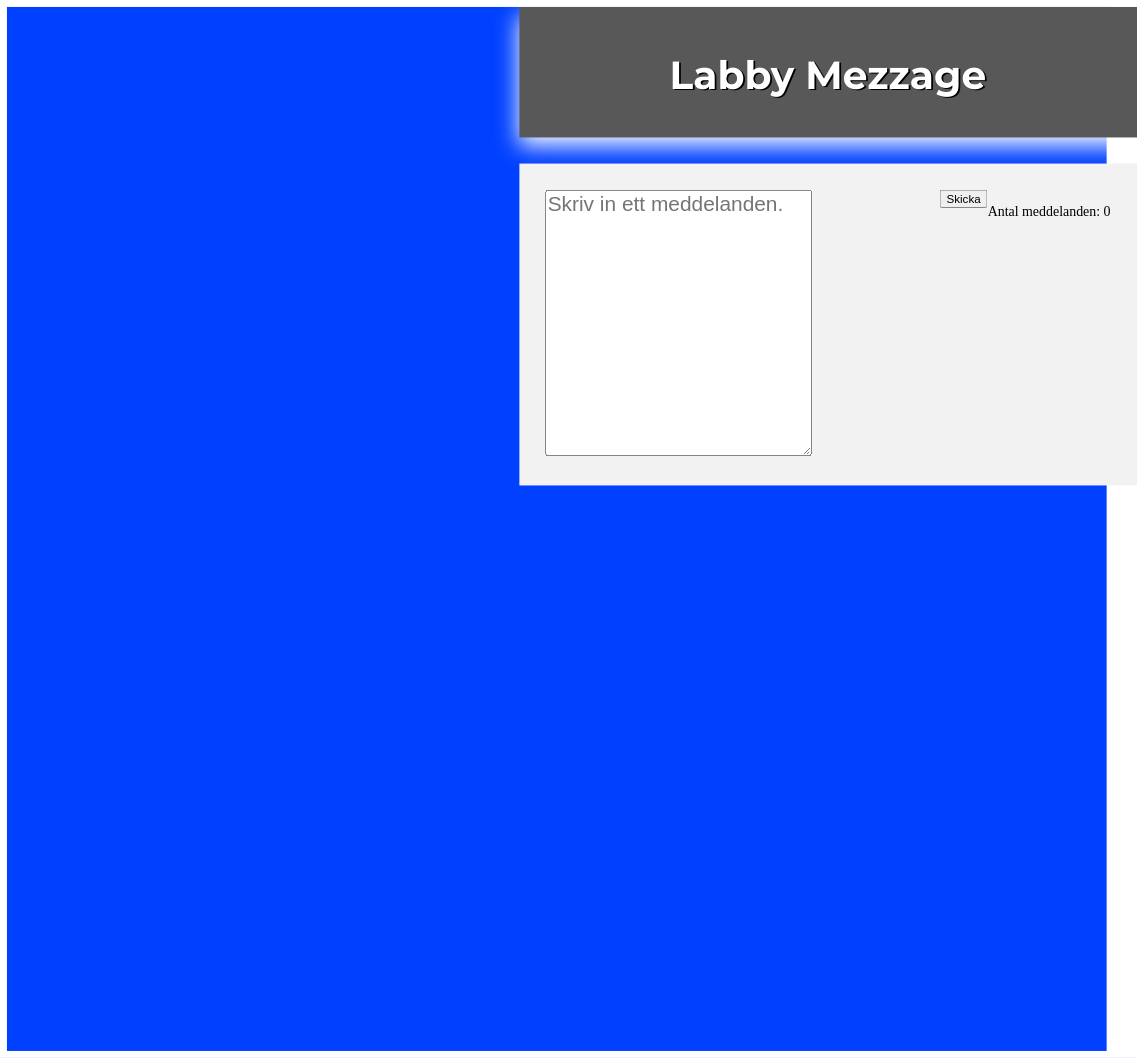
Repository: lw222gz/1dv403-laborationer-lw222gz
Page: 2-labbymezzage/index.html
The author's editor kept a record of every edit. The page is drawn from the files as they stood at one moment, then again after the next edit.
The browser window is 1280 px wide. The page is 1307 px wide, so the pictures cover 1307 px, including what lies to the right of the window. The pictures show the whole page, at 87% of full size.

Above is the page before.

### 2-labbymezzage/index.html
<!doctype html>
<html lang="sv">
    <head>
        <title>Labby Mezzage</title>
        <meta charset="utf-8" />
        <link rel="stylesheet" href="style.css" />
        <link href='//fonts.googleapis.com/css?family=Montserrat:700' rel='stylesheet' type='text/css'>
    </head>
<body>
<div id="container">
        <header>
            <b>Labby Mezzage</b>
        </header>

        <main>
            <div id="text"></div>
            <p id="AmountofMessages" class="floatRight">Antal meddelanden: 0</p>
            <textarea id="textInput" placeholder="Skriv in ett meddelanden."></textarea>
            <input class="floatRight" id="send" type="submit" value="Skicka" />

        </main>

</div>
    <script src="message.js"></script>
    <script src="LabbyMessage.js"></script>
</body>
</html>

### 2-labbymezzage/style.css
#container
    {
    min-height:1200px;
    height:auto;
    width:auto;
    background-color:#0040FF;
    margin:0 auto;
    }

header
    {
        box-shadow:0 10px 25px;
        -webkit-box-shadow:0 10px 25px;
        -moz-box-shadow:0 10px 25px;
        color:white;
        text-shadow:2px 2px black;
        -webkit-text-shadow:2px 2px black;
        -moz-text-shadow:2px 2px black;
        font-family: 'Montserrat', sans-serif;
        font-size:45px;
        padding-top:50px;
        height:100px;
        position:relative;
        left:588.5px;
        background-color:#585858;
        width:710px;
        text-align:center;
    }

main
    {
        padding:30px;
        position:relative;
        left:588.5px;
        margin-top:30px;
        background-color:#F2F2F2;
        height:auto;
        width:650px;
    }

textarea {
    width:300px;
    height:300px;

    font-size:24px;
    font-family:arial;
}

.MessageTime{
    margin-right:3px;
    position:absolute;
    bottom:0px;
    right:0px;
    font-size:12px;
    color:gray;
}


.floatRight{
    float:right;
}



.DeletePicture
{
    width:24px;
    height:24px;
    position:absolute;
    top:5px;
    right:0;
}

.ClockPicture
{
    width:24px;
    height:24px;
    position:absolute;
    top:5px;
    right:30px;
}



.text
{
    padding-right:70px;
    padding-left:5px;
    font-family:verdana;
    font-size:26px;
    border:1px solid black;
    background-color:#6EB0FF;
    width:auto;
    height:auto;
    min-height:50px;
    position:relative;
    word-break:break-all;
}

### 2-labbymezzage/message.js
"use strict";

function Message(message, date){

   this.getText = function() {
       return message;
   }
   this.setText = function(_text) {
       message = _text;
   }

   this.getDate = function() {
       return date;
   }

   this.setDate = function(_date) {
       date = _date;
   }

   Message.prototype.toString = function() {
       return this.getText()+" ("+this.getDate()+")";
   }

   Message.prototype.getHTMLText = function() {
       return this.getText().replace(/[\n\r]/g, "<br/>");
   }

   Message.prototype.getDateText = function() {

       var Hour = this.getDate().getHours();
       var Minutes = this.getDate().getMinutes();
       var Seconds = this.getDate().getSeconds();
       if (Minutes < 10)
       {
            Minutes = "0"+Minutes;
       }

       return +Hour+":"+Minutes+":"+Seconds;
   }


}

### 2-labbymezzage/LabbyMessage.js
"use strict";


window.onload = function(){

    var messages = [];



    var j = 0;
    var i = 0;
    var myObj = {};

    var submit = document.querySelector("#send");
    var text = document.getElementById("textInput");
    var div = document.getElementById("text");
    var Enter = document.getElementById("textInput")







    submit.addEventListener("click", function(e){
                                                                            // http://stackoverflow.com/questions/11921210/how-exactly-does-event-preventdefault-affect-the-dom vad e.preventdefault gör.
        if (text.value === "")
        {
            e.preventdefault()
        }
        else
        {
        myObj = new Message(text.value, new Date());
        messages.push(myObj);

        renderMessage(messages.length-1);
        RemoveText();
        }
        });

    Enter.addEventListener("keydown", function(e){ //funkar ej
        if(e.keyCode === 13 && !e.shiftKey && text.value !== "")

        {
            e.preventDefault()
            myObj = new Message(text.value, new Date())
            messages.push(myObj);

            renderMessage(messages.length-1)
            RemoveText();
        }

    }
    )


    var renderMessage = function(index){
        ++j;
        document.getElementById("AmountofMessages").innerHTML = "Antal meddelanden: "+j;

        var text = document.createElement("p");
        text.className = "text";

        var img = document.createElement("img");
        var clockimg = document.createElement("img");




        img.className = "DeletePicture";
        img.src = "DeleteRed.png";

        clockimg.className = "ClockPicture";
        clockimg.src = "Clock.png";

        img.addEventListener("click", function(e){
            if (confirm("Radera detta meddelande?"))
            {
                --j;
                Remove(index);
                text.parentNode.removeChild(text);
                document.getElementById("AmountofMessages").innerHTML = "Antal meddelanden: "+j;
            }
        }
        )

        clockimg.addEventListener("click", function(e) {
                var year = messages[index].getDate().getFullYear();
                var month = messages[index].getDate().getMonth();
                var day = messages[index].getDate().getDate();
                var Hour = messages[index].getDate().getHours();
                var Minutes = messages[index].getDate().getMinutes();
                var Seconds = messages[index].getDate().getSeconds();
                if (Minutes < 10)
                {
                    Minutes = "0"+Minutes;
                }
            alert("Inlägget skapades den "+day+"/"+month+" år "+year+ " klockan " +Hour+":"+Minutes+":"+Seconds)
        })

        var TimeShow = document.createElement("div");
        TimeShow.className ="MessageTime";
        TimeShow.innerHTML = messages[index].getDateText();

        text.innerHTML = messages[index].getHTMLText();
        div.appendChild(text);
        text.appendChild(img);
        text.appendChild(clockimg);
        text.appendChild(TimeShow);


    }


    var renderMessages = function() {
        //tar bort all text
        document.getElementById("#text").innerHTML = "";

        // sätter dit alla igen.
        for (i; i < messages.length; i += 1)
        {
            renderMessage(i);
        }

    }
    var Remove = function(id)
    {
        messages.splice(id, 1);
    }

    var RemoveText = function(){
        document.getElementById("textInput").value="";
    }
}

After the next edit:
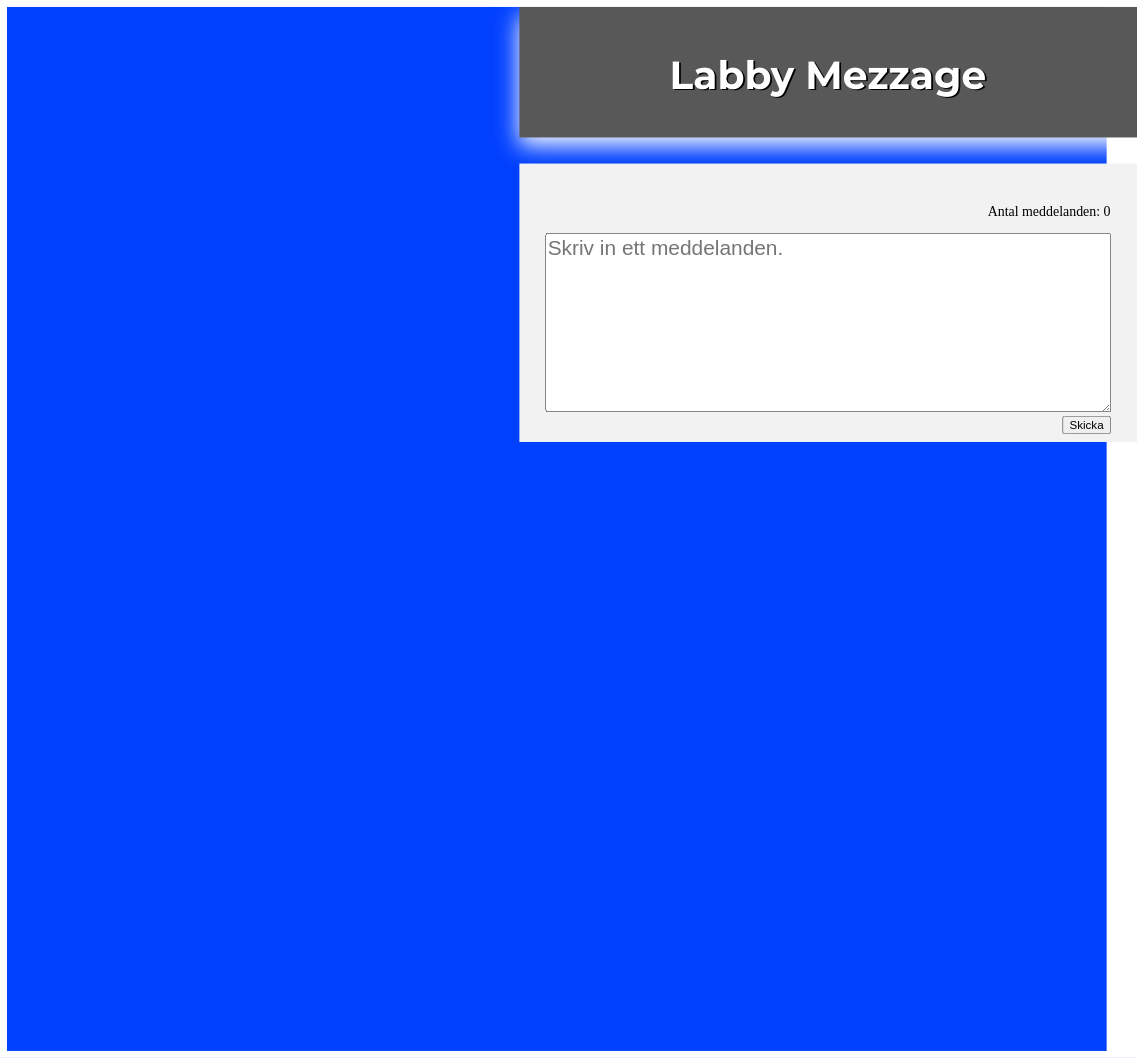
The edit:
--- a/2-labbymezzage/style.css
+++ b/2-labbymezzage/style.css
@@ -39,8 +39,8 @@
     }
 
 textarea {
-    width:300px;
-    height:300px;
+    width:644px;
+    height:200px;
 
     font-size:24px;
     font-family:arial;
